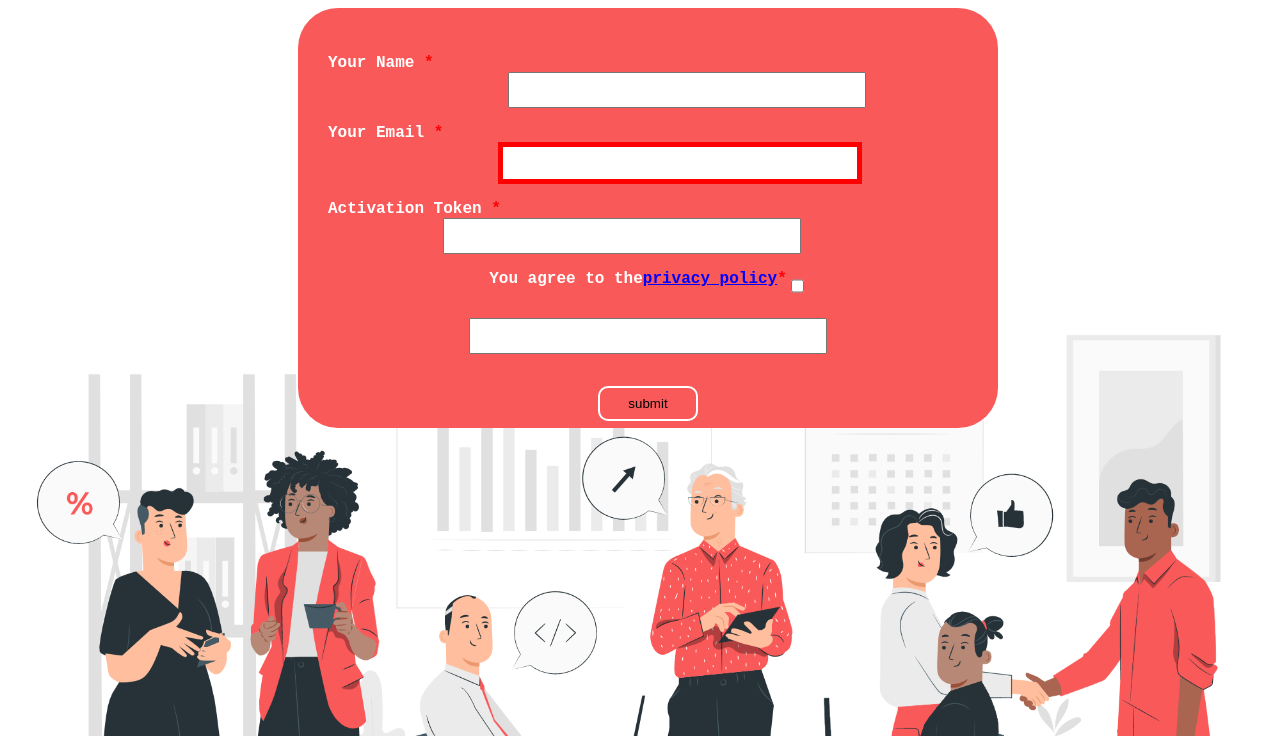
Repository: Rachael4life/Assignment-1
Page: starter-code/src/index.html
The author's editor kept a copy of each file at every save. The page is drawn from the files as they stood at one save, then again after the next save.
The browser window is 1280 px wide. The page is 1288 px wide, so the pictures cover 1288 px, including what lies to the right of the window. The pictures show the whole page.

Above is the page before, as saved 2022-02-28 06:37:15.

After the next save:
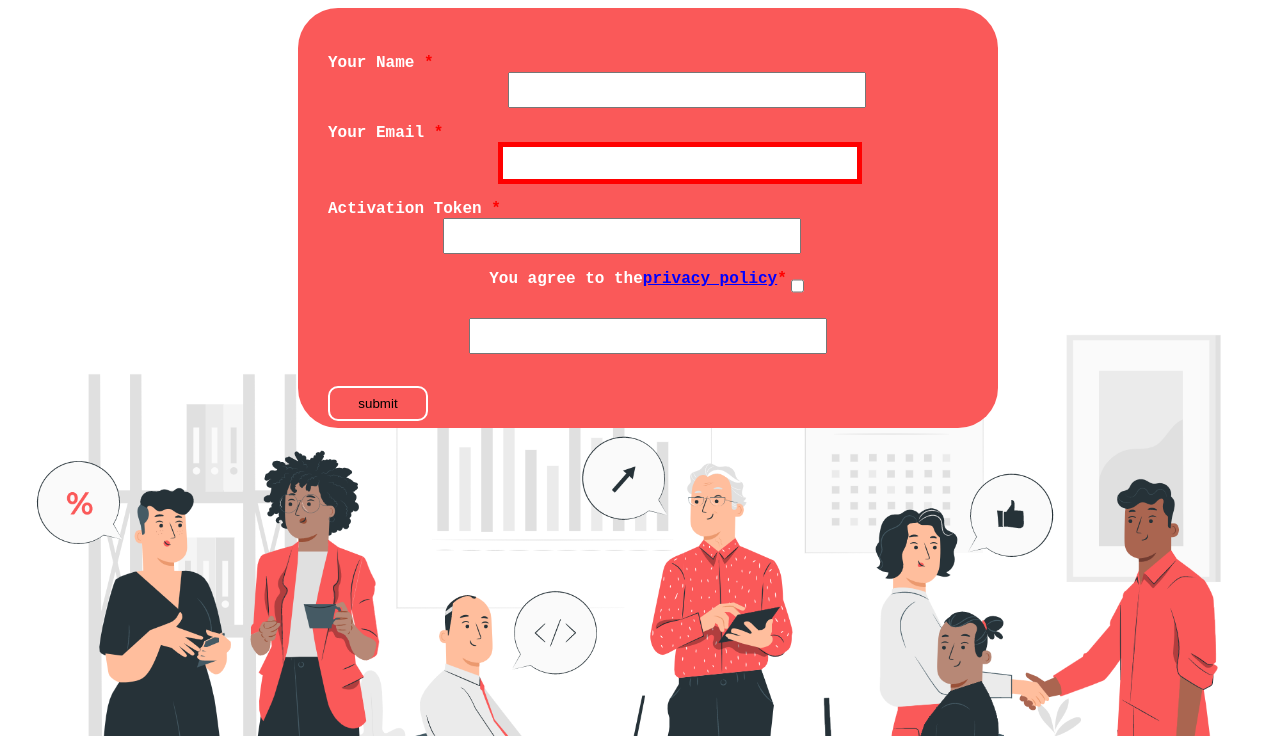
Saved 21 s later.
--- a/starter-code/src/style.css
+++ b/starter-code/src/style.css
@@ -49,12 +49,7 @@ form {
     display: ;
     justify-content: center;
     align-content:center;
-    border-radius: 10px;
-    border-color: white;
-    background: #fa5959;
-    margin: auto;
-    height: 35px;
-    width: 100px;
+
 }
 button {
     display: ;
